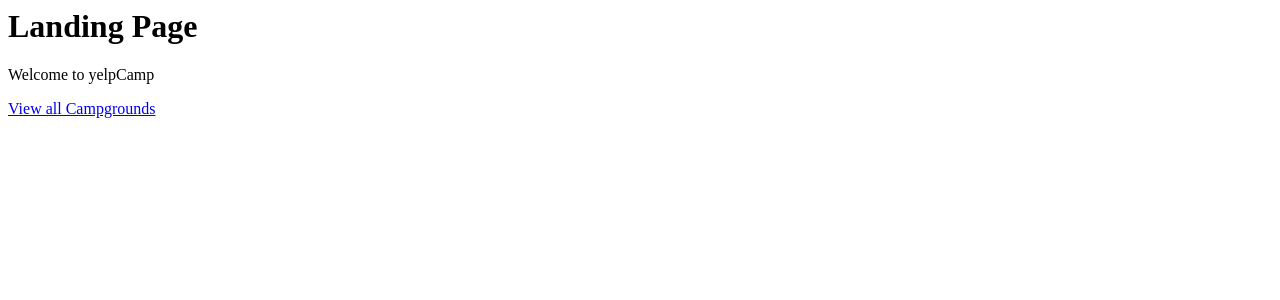
Repository: cuauhtlahuac/WebAppsPractices
Page: http://localhost/
The author's editor kept a record of every edit. The page is drawn from the files as they stood at one moment, then again after a run of edits.
The browser window is 1280 px wide. The pictures show the whole page.
The page is served by the project's Node server (yelpCamp/v1/app.js).

Above is the page before.

### workspacePortugues/yelpCamp/v1/views/landing.ejs
<h1>Landing Page</h1>

<p>Welcome to yelpCamp</p>

<a href="/campgrounds">View all Campgrounds</a>

### workspacePortugues/yelpCamp/v1/app.js
var express = require("express");
var app = express();
var bodyParser = require("body-parser");


app.use(bodyParser.urlencoded({extended:true}));
app.set("view engine", "ejs");

var campgrounds = [
        {name:"Salmon Creek", image:"https://farm1.staticflickr.com/68/180073544_af9816aeff.jpg"},
        {name:"Granite Hill", image:"https://pixabay.com/get/e83db40e28fd033ed1584d05fb1d4e97e07ee3d21cac104491f4c379a1eab0b0_340.jpg"},
        {name:"Montain Goat's Rest", image:"https://farm5.staticflickr.com/4100/4798314980_bc31231984.jpg"}
        ];

app.get("/", function(req,res){
    res.render("landing");
});

app.get("/campgrounds", function(req, res){

    res.render("campgrounds", {campgrounds:campgrounds}); //o primeiro campgrounds pode ser qualquer nome, o segundo é referente a variavel campgrounds
});

app.post("/campgrounds", function(req, res) {  //post route tem que ficar com o mesmo destino que o get route (convencionalmente)
    var name = req.body.name;
    var image = req.body.image;
    var newCampground = {name: name, image: image};
    campgrounds.push(newCampground);
    res.redirect("/campgrounds");
});

app.get("/campgrounds/new", function(req, res) {
   res.render("new.ejs");
});


app.listen(process.env.PORT, process.env.IP, function(){
    console.log(" The yelpCamp server has started!");
});

### workspacePortugues/yelpCamp/v1/views/partials/header.ejs
<!DOCTYPE html>

<html>
    <head>
        <title>
            YelpCamp
        </title>
        <link rel="stylesheet" href="https://maxcdn.bootstrapcdn.com/bootstrap/3.3.7/css/bootstrap.min.css" integrity="sha384-BVYiiSIFeK1dGmJRAkycuHAHRg32OmUcww7on3RYdg4Va+PmSTsz/K68vbdEjh4u" crossorigin="anonymous">
    </head>

    <body>

        <nav class="navbar navbar-default">
    <div class="container-fluid">
        <div class="navbar-header">
            <a class="navbar-brand" href="/">Yelpcamp</a>
        </div>
        <div class="collapse navbar-collapse">
            <ul class="nav navbar-nav navbar-right">
                <li><a href="/">Login</a></li>
                <li><a href="/">Sign Up</a></li>
                <li><a href="/">Log Out</a></li>
            </ul>
        </div>
    </div>
</nav>

### workspacePortugues/yelpCamp/v1/views/partials/footer.ejs
    <p>Trademark YelpCamp 2018</p>
    </body>
</html>

After the next 4 edits:
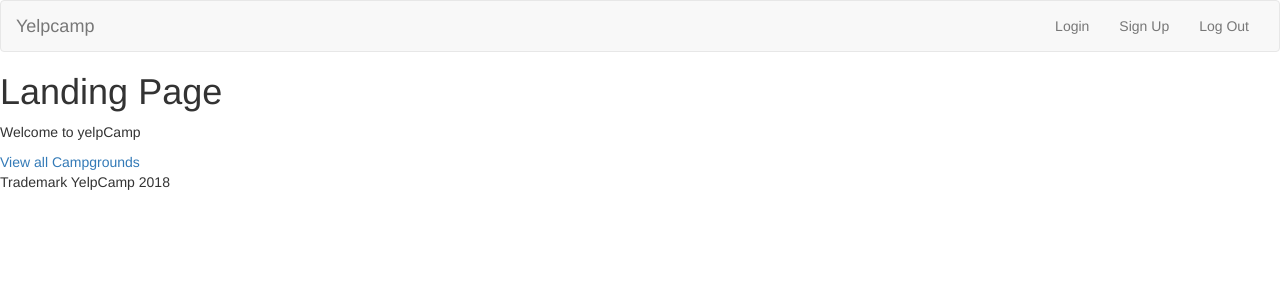
The 4 edits are shown as one change because 3 did not build or start.
The edit:
--- a/workspacePortugues/yelpCamp/v1/views/landing.ejs
+++ b/workspacePortugues/yelpCamp/v1/views/landing.ejs
@@ -1,5 +1,9 @@
+<% include partials/header %>
+
 <h1>Landing Page</h1>
 
 <p>Welcome to yelpCamp</p>
 
 <a href="/campgrounds">View all Campgrounds</a>
+
+<% include partials/footer %>
